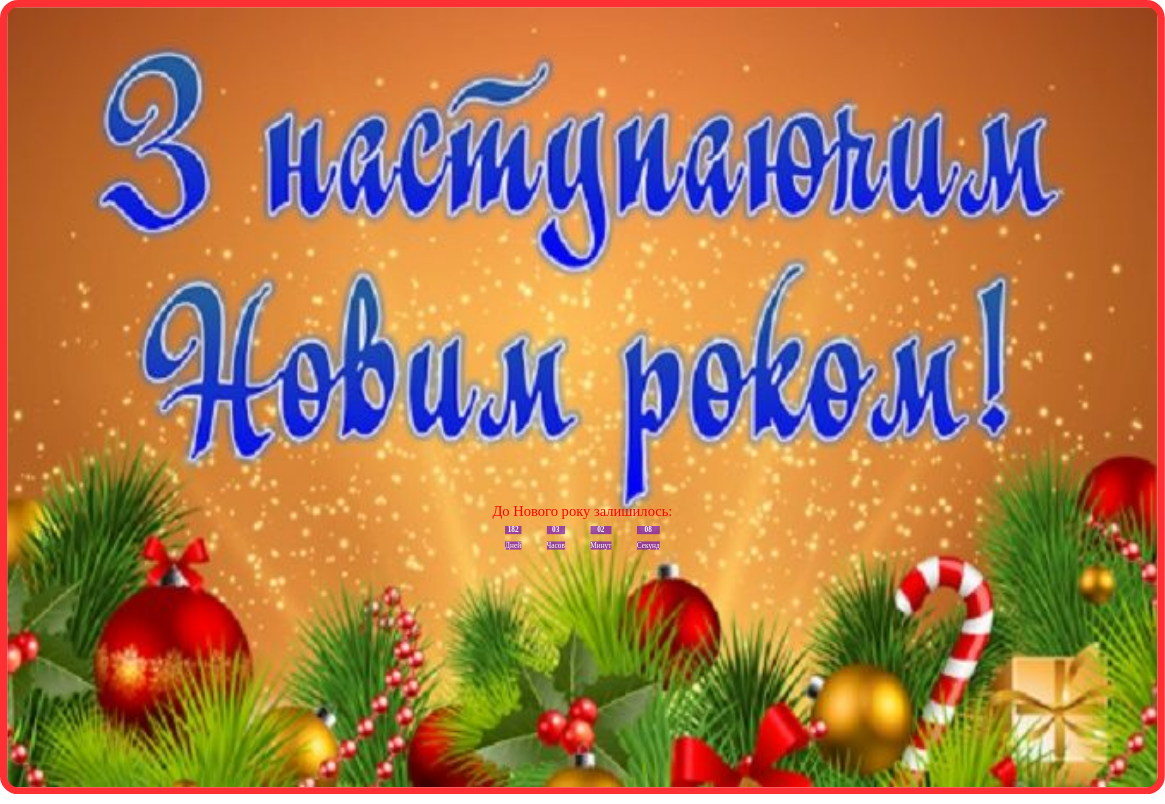
Repository: KonstantinKhamilov/JavaScript11-new-year
Page: index.html
An editor plug-in stored every save of this project. The page is shown before and after the next save, followed by the edit.
The browser window is 1280 px wide. The pictures show the whole page, at 91% of full size.

Above is the page before, as saved 2024-12-29 19:04:01.

### index.html
<!DOCTYPE html>
<html lang="en">
    <head>
        <title>JavaScript11</title>

        <meta charset="utf-8">
        <meta http-equiv="X-UA-Compatible" content="IE=edge">
        <meta name="description" lang="ru" content="Стили css">
        <meta name="author" content="Константин">
        <meta name="keywords" content="Программирование, уроки JavaScript">
        <meta name="robots" content="all">
        <meta name="viewport" content="width=device-width, initial-scale=1.0">
        <link rel="stylesheet" href="newYear.css" type="text/css">
</head>

<body>
   <!--
     <h1><u>Задание 1</u></h1>
    <p>Необходимо реализовать функцию, описывающую окружность.В функции должны быть следующие компоненты:</p>
<ul type="disk">
    <li>поле, хранящее радиус окружности;</li>
    <li>get-свойство, возвращающее радиус окружности;</li>
    <li>set-свойство, устанавливающее радиус окружности;</li>
    <li>get-свойство, возвращающее диаметр окружности;</li>
    <li>метод, вычисляющий площадь окружности;</li>
    <li>метод, вычисляющий длину окружности.</li>
</ul>
       <p>Продемонстрируйте работу свойств и методов.</p>
       <p>Введите радиус окружности: </p>
       <input type="text" id="rad">
        <button onclick="showResults()">Показать результаты</button>
        <p id="output"></p>

          <h1><u>Задание 2</u></h1>
          <p>Реализуйте функцию, которая описывает css класс.функция CssClass должна содержать внутри себя:</p>
          <ul type="square">
<li>название css класса;</li>
<li>массив стилей;</li>
<li>метод для установки стиля;</li>
<li>метод для удаления стиля;</li>
<li>метод getCss(), который возвращает css код в виде строки.</li>
          </ul>

          <p>Введите название класса:</p>
    <input type="text" id="class" />
    <button onclick="showCSS()">Показать результат генерации</button>
    <p id="output1"></p>

    <p>Добавить стиль:</p>
    <input type="text" id="add-style" />
    <button onclick="addStyle()">Добавить</button>

    <p>Удалить стиль:</p>
    <input type="text" id="remove-style" />
    <button onclick="removeStyle()">Удалить</button>

  <h1><u>Задание 3</u></h1>
  <p>
    Рассчитайте, сколько дней, часов, минут и секунд осталось до Нового года. Выведите эти значения красиво,
    методом document.write() или другим с тегами -p- и
    -span- и классами для них. Стили можно записать в отдельном css-файле. Если одно из чисел будет меньше 10,
    то его нужно вывести с ведущим 0, например, так:
    Сделайте свой скрипт универсальным, задав дату следующего Нового года относительно текущей даты с помощью методов объекта Date.
  </p>
  <p>Пример вывода результата задания:</p>
<img src="D:\Full Stack\Модуль\JavaScript\JavaScript11\Безымянный1.png" alt="time">
-->
<div class="box">
  <ol class="maintext">
    <li class="text">До Нового року залишилось:</li>
   <!--<li class="count">-->

<ol class="time">
  <li class="timer"><h2 id="day">00</h2><p>Дней</p></li>
  <li class="timer"><h2 id="hrs">00</h2><p>Часов</p></li>
  <li class="timer"><h2 id="min">00</h2><p>Минут</p></li>
  <li class="timer"><h2 id="sec">00</h2><p>Секунд</p></li>
</ol>
  <!--</li>-->
  </ol>
</div>

    <script>
/*
        //1
function Circle(radius) {
  // Сохранение значения радиуса в свойстве объекта
  this.radius = radius;
  // Определение get-свойства для получения значения радиуса
  Object.defineProperty(this, 'radius', {
    get: function() {
      // Возвращение значения радиуса
      return radius;
    },
    // Определение set-свойства для установки значения радиуса
    set: function(value) {
      // Проверка на корректность значения радиуса
      if (value <= 0) throw new Error('Invalid radius');
      // Установка нового значения радиуса
      radius = value;
    }
  });

  // Определение get-свойства для получения значения диаметра окружности
  Object.defineProperty(this, 'diameter', {
    get: function() {
      // Возвращение значения диаметра, равного удвоенному радиусу
      return 2 * radius;
    }
  });

  // Определение метода для вычисления площади окружности
  this.area = function() {
    // Возвращение площади окружности, вычисленной как произведение числа Пи на квадрат радиуса
    return Math.PI * Math.pow(radius, 2);
  }

  // Определение метода для вычисления длины окружности
  this.circumference = function() {
    // Возвращение длины окружности, вычисленной как произведение числа Пи на удвоенный радиус
    return 2 * Math.PI * radius;
  }
}

function showResults() {
    let input = document.getElementById("rad").value;
    let circle = new Circle(input);
    let output = 'Радиус: ' + circle.radius + '<br>';
    output += 'Диаметр: ' + circle.diameter + '<br>';
    output += 'Площадь: ' + circle.area() + '<br>';
    output += 'Длинна окружности: ' + circle.circumference();
    document.getElementById("output").innerHTML = output;
  }

  //2

      // Определение функции CssClass, которая принимает название CSS класса в качестве аргумента
      function CssClass(className) {
        // Сохранение значения названия CSS класса в свойстве объекта
        this.className = className;
        // Создание пустого массива для хранения стилей CSS класса
        this.styles = [];

        // Определение метода setStyle для добавления нового стиля в массив стилей
        this.setStyle = function(style) {
          // Добавление нового стиля в конец массива стилей
          this.styles.push(style);
        }

        // Определение метода removeStyle для удаления существующего стиля из массива стилей
        this.removeStyle = function(style) {
          // Поиск индекса указанного стиля в массиве стилей
          let index = this.styles.indexOf(style);
          // Если стиль найден в массиве
          if (index !== -1) {
            // Удаление стиля из массива по найденному индексу
            this.styles.splice(index, 1);
          }
        }

        // Определение метода getCss для генерации CSS кода класса в виде строки
        this.getCss = function() {
          // Создание строки с селектором CSS класса и открывающей скобкой
          let cssString = '.' + this.className + ' {\n';
          // Цикл по всем стилям в массиве стилей
          for (let i = 0; i < this.styles.length; i++) {
            // Добавление очередного стиля в строку с отступом и точкой с запятой
            cssString += '  ' + this.styles[i] + ';\n';
          }
          // Добавление закрывающей скобки в конец строки
          cssString += '}';
          // Возвращение сгенерированной строки с CSS кодом класса
          return cssString;
        }
      }
      let myClass;

      function showCSS() {
        // Получение значения из элемента input с id 'class'
        let className = document.getElementById('class').value;
        // Создание нового объекта CssClass с названием класса из элемента input
        myClass = new CssClass(className);
        // Добавление стиля 'color: red' в массив стилей класса
        myClass.setStyle('color: red');
        // Добавление стиля 'font-size: 16px' в массив стилей класса
        myClass.setStyle('font-size: 16px');
        // Вывод сгенерированного CSS кода класса в элемент p с id 'output'
        document.getElementById('output1').innerHTML = myClass.getCss();
      }

      function addStyle() {
        if (!myClass) {
          alert('Сначала нажмите кнопку "Показать результат генерации"');
          return;
        }
        // Получение значения из элемента input с id 'add-style'
        let style = document.getElementById('add-style').value;
        // Добавление стиля в массив стилей класса
        myClass.setStyle(style);
        // Вывод обновленного CSS кода класса в элемент p с id 'output'
        document.getElementById('output1').innerHTML = myClass.getCss();
      }

      function removeStyle() {
        if (!myClass) {
          alert('Сначала нажмите кнопку "Показать результат генерации"');
          return;
        }
        // Получение значения из элемента input с id 'remove-style'
        let style = document.getElementById('remove-style').value;
        // Удаление стиля из массива стилей класса
        myClass.removeStyle(style);
        // Вывод обновленного CSS кода класса в элемент p с id 'output'
        document.getElementById('output1').innerHTML = myClass.getCss();
      }
      */

//3
const day = document.getElementById('day');
const hrs = document.getElementById('hrs');
const min = document.getElementById('min');
const sec = document.getElementById('sec');
const currentYear = new Date().getFullYear();

const newYear = new Date (`1 Jan ${currentYear + 1} 00:00:00`);

function countdownDate(){
const today = Date.now()
const gap = newYear - today;
let d = Math.floor(gap/1000/60/60/24);
let h = Math.floor((gap/1000/60/60)%24);
let m = Math.floor((gap/1000/60)%60);
let s = Math.floor((gap/1000)%60);

day.innerHTML = d<10 ? '0' + d : d;
hrs.innerHTML = h<10 ? '0' + h : h;
min.innerHTML = m<10 ? '0' + m : m;
sec.innerHTML = s<10 ? '0' + s : s;
}
setInterval(countdownDate,1000);
    </script>
</body>
</html>

### newYear.css
body {
  margin: 0;
  padding: 0;
}

@media screen and (min-width: 320px) {
  .box {
    display: flex;
    flex-direction: column;
    justify-content: center;
    background-image: url("z_nastupauschim_ng_4.jpg");
    background-repeat: no-repeat;
    background-size: 100% 100%;
    border: solid 8px;
    border-radius: 20px;
    border-color: rgb(255, 48, 52);
  }

  ol {
    list-style-type: none;
    margin: auto;
    padding: 0px;
  }

  .maintext {
    padding: 40% 0 20% 0;
  }

  .text {
    color: rgb(255, 0, 0);
    font-family: cursive;
    font-size: 1em;
    text-align: center;
    padding-top: 20%;
  }

  /*.count {
    display: flex;
    flex-direction: row;
    justify-content: space-around;
    width: 100%;
  }*/

  .time {
    display: flex;
    flex-direction: row;
    justify-content: space-around;
    width: 100%;
  }

  h2 {
    color: white;
    font-size: 1em;
  }

  .timer > p,
  .timer > #day,
  .timer > #hrs,
  .timer > #min,
  .timer > #sec {
    color: white;
    background-color: rgb(102, 2, 196, 0.62);
    font-size: 0.5em;
    text-align: center;
  }
}

After the next save:
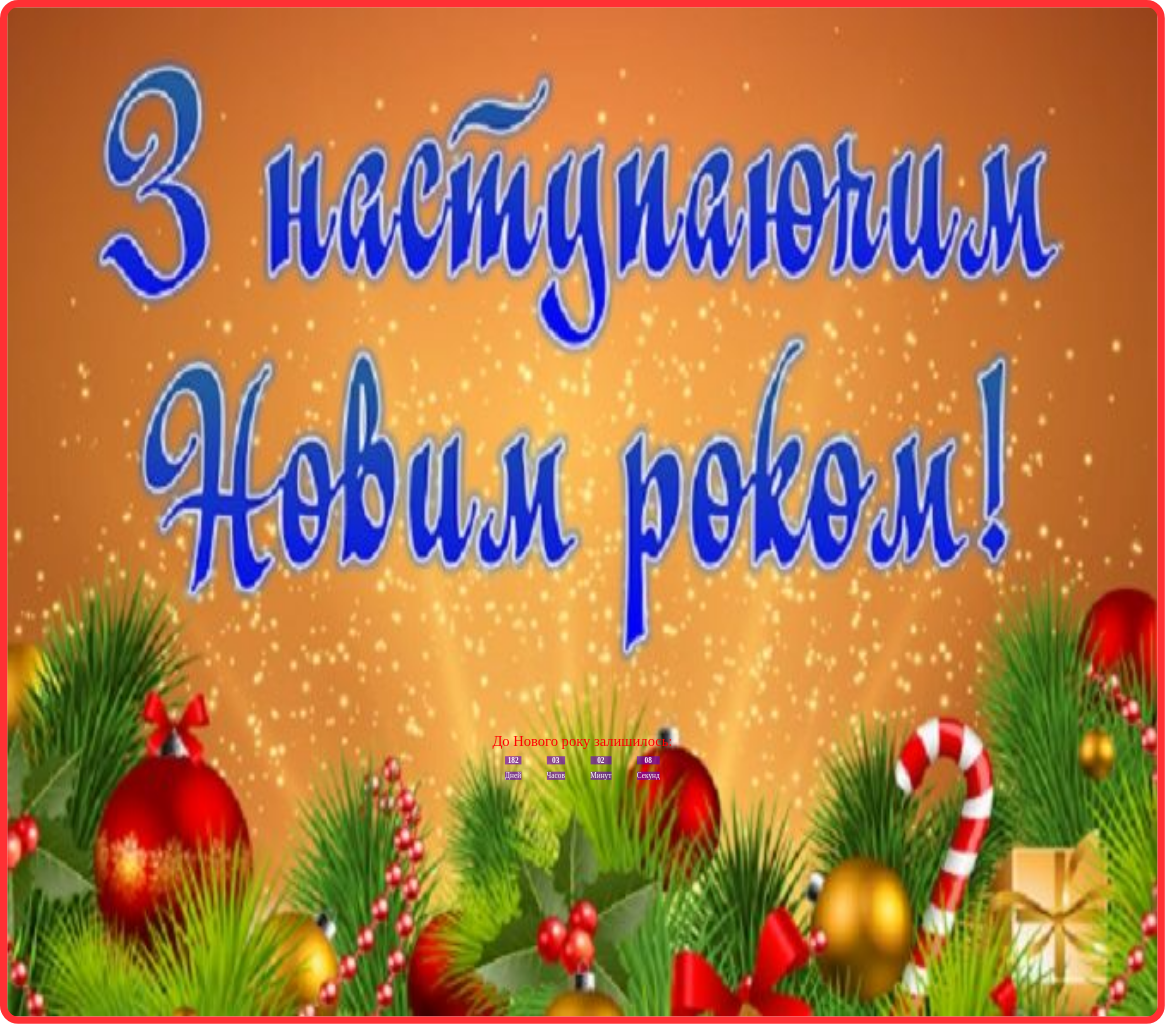
Saved 12 s later.
--- a/newYear.css
+++ b/newYear.css
@@ -23,7 +23,7 @@ body {
   }
 
   .maintext {
-    padding: 40% 0 20% 0;
+    padding: 60% 0 20% 0;
   }
 
   .text {
